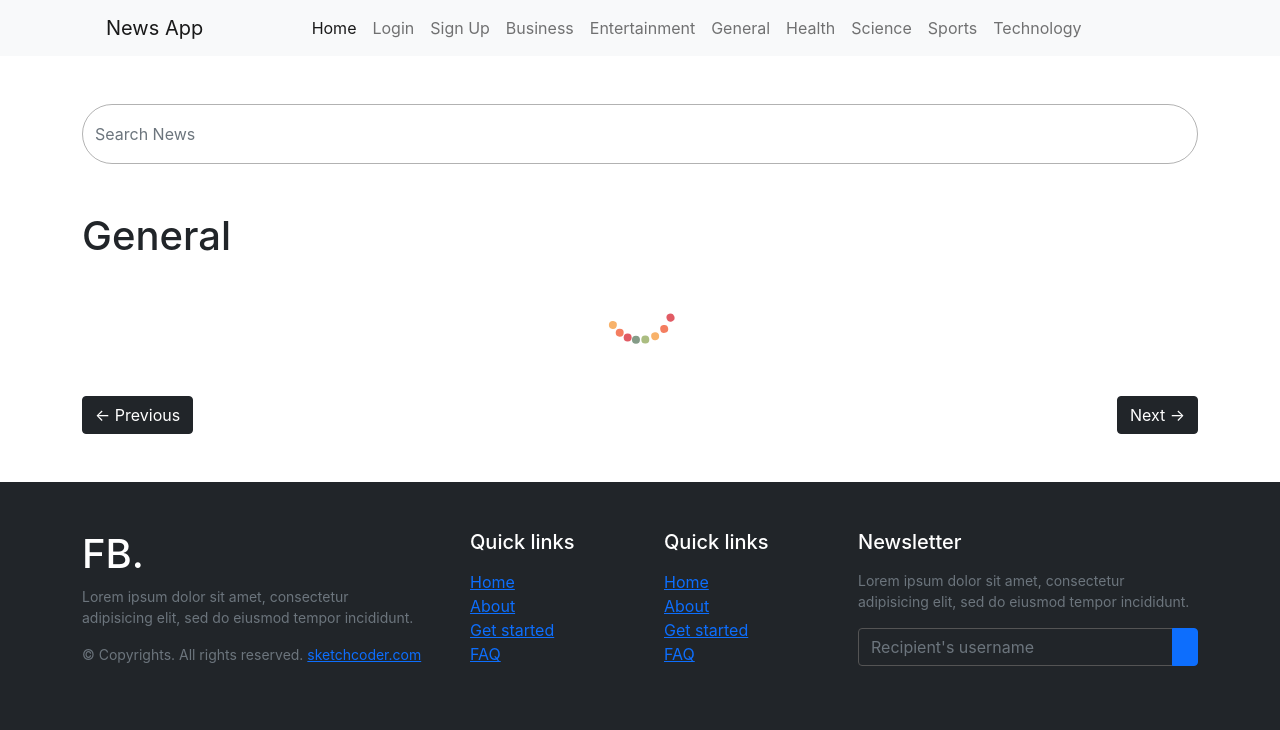
Repository: ZainAkbar51214/News-Site
Page: /
An editor plug-in stored every save of this project. The page is shown before and after the next save, followed by the edit.
The browser window is 1280 px wide. The pictures show the whole page.
The page's requests for data from a server got no answer. The project was rebuilt for these pictures with package versions that can differ from the ones it lists, and the page was loaded fresh each time. No one was signed in, and anything a server would have sent is missing. Also part of the build but not shown: src/Components/pages/Login.jsx, src/Components/pages/SignUp.jsx, src/Components/Layouts/NewsItem.js.

Above is the page before, as saved 2023-12-18 14:21:58.

### public/index.html
<!DOCTYPE html>
<html lang="en">
  <head>
    <meta charset="utf-8" />
    <link rel="icon" href="%PUBLIC_URL%/favicon.ico" />
    <meta name="viewport" content="width=device-width, initial-scale=1" />
    <meta name="theme-color" content="#000000" />
    <meta
      name="description"
      content="Web site created using create-react-app"
    />
    <link rel="apple-touch-icon" href="%PUBLIC_URL%/logo192.png" />

    <link rel="manifest" href="%PUBLIC_URL%/manifest.json" />

    <title>News App</title>
    <!-- Bootstrap cdn -->
    <link href="https://cdn.jsdelivr.net/npm/bootstrap@5.0.2/dist/css/bootstrap.min.css" rel="stylesheet" integrity="sha384-EVSTQN3/azprG1Anm3QDgpJLIm9Nao0Yz1ztcQTwFspd3yD65VohhpuuCOmLASjC" crossorigin="anonymous">
  </head>
  <body>
    <noscript>You need to enable JavaScript to run this app.</noscript>
    <div id="root"></div>


    <!-- Bootstrap Script -->
    <script src="https://cdn.jsdelivr.net/npm/@popperjs/core@2.9.2/dist/umd/popper.min.js" integrity="sha384-IQsoLXl5PILFhosVNubq5LC7Qb9DXgDA9i+tQ8Zj3iwWAwPtgFTxbJ8NT4GN1R8p" crossorigin="anonymous"></script>
<script src="https://cdn.jsdelivr.net/npm/bootstrap@5.0.2/dist/js/bootstrap.min.js" integrity="sha384-cVKIPhGWiC2Al4u+LWgxfKTRIcfu0JTxR+EQDz/bgldoEyl4H0zUF0QKbrJ0EcQF" crossorigin="anonymous"></script>
  </body>
</html>

### src/App.js
import React from "react";
import {
  BrowserRouter as Router,
  Switch,
  Route
} from "react-router-dom";
import Navbar from './Components/Header/Navbar';
import Footer from './Components/Footer/Footer';
import Login from "./Components/pages/Login";
import SignUp from "./Components/pages/SignUp";
import News from "./Components/Layouts/News";

function App() {
  return (
    <Router>
      <Navbar />
        <Switch>
          <Route path="/" exact><News key="general" pageSize={5} country="in" category="general" title="General" /></Route>
          <Route path="/business" exact><News key="business" pageSize={5} country="in" category="business" title="Business" /></Route>
          <Route path="/entertainment" exact><News key="entertainment" pageSize={5} country="in" category="entertainment" title="Entertainment" /></Route>
          <Route path="/health" exact><News key="health" pageSize={5} country="in" category="health" title="Healt" /></Route>
          <Route path="/science" exact><News key="science" pageSize={5} country="in" category="science" title="Science" /></Route>
          <Route path="/sports" exact><News key="sports" pageSize={5} country="in" category="sports" title="Sports" /></Route>
          <Route path="/technology" exact><News key="technology" pageSize={5} country="in" category="technology" title="Technology" /></Route>
          <Route path="/login">
            <Login />
          </Route>
          <Route path="/sign-up">
            <SignUp />
          </Route>
        </Switch>
      <Footer />
  </Router>
  );
}

export default App;

### src/Components/Header/Navbar.jsx
import React, { Component } from 'react';
import { Link } from 'react-router-dom';

class Navbar extends Component {
    render() {
        return (
            <div>
                <div className="container-fluid bg-light">
                <div className="container">
                    <div className="row">
                        <div className="col-md-12">
                            <nav className="navbar navbar-expand-lg navbar-light">
                                <div className="container-fluid">
                                    <Link className="navbar-brand" to="/">News App</Link>
                                    <button className="navbar-toggler" type="button" data-bs-toggle="collapse" data-bs-target="#navbarSupportedContent" aria-controls="navbarSupportedContent" aria-expanded="false" aria-label="Toggle navigation">
                                        <span className="navbar-toggler-icon"></span>
                                    </button>
                                    <div className="collapse navbar-collapse" id="navbarSupportedContent">
                                        <ul className="navbar-nav mx-auto mb-2 mb-lg-0">
                                            <li className="nav-item">
                                                <Link className="nav-link active" aria-current="page" to="/">Home</Link>
                                            </li>
                                            <li className="nav-item">
                                                <Link className="nav-link" to="/login">Login</Link>
                                            </li>
                                            <li className="nav-item">
                                                <Link className="nav-link" to="/sign-up">Sign Up</Link>
                                            </li>
                                            <li className="nav-item">
                                                <Link className="nav-link" to="/business">Business</Link>
                                            </li>
                                            <li className="nav-item">
                                                <Link className="nav-link" to="/entertainment">Entertainment</Link>
                                            </li>
                                            <li className="nav-item">
                                                <Link className="nav-link" to="/">General</Link>
                                            </li>
                                            <li className="nav-item">
                                                <Link className="nav-link" to="/health">Health</Link>
                                            </li>
                                            <li className="nav-item">
                                                <Link className="nav-link" to="/science">Science</Link>
                                            </li>
                                            <li className="nav-item">
                                                <Link className="nav-link" to="/sports">Sports</Link>
                                            </li>
                                            <li className="nav-item">
                                                <Link className="nav-link" to="/technology">Technology</Link>
                                            </li>
                                        </ul>
                                    </div>
                                </div>
                            </nav>
                        </div>
                    </div>
                </div>
            </div>
            </div>
        );
    }
}

export default Navbar;

### src/Components/Footer/Footer.jsx
import React from "react";
import { Link } from "react-router-dom";
import '../Footer/Footer.css';

const Navbar = () => {
    return (
        <>
            <div className="d-flex flex-column h-100" style={{overflow: 'hidden'}}>
                {/* <!-- FOOTER --> */}
                <footer className="w-100 py-4 flex-shrink-0">
                    <div className="container py-4">
                        <div className="row gy-4 gx-5">
                            <div className="col-lg-4 col-md-6">
                                <h5 className="h1 text-white">FB.</h5>
                                <p className="small text-muted">Lorem ipsum dolor sit amet, consectetur adipisicing elit, sed do eiusmod tempor incididunt.</p>
                                <p className="small text-muted mb-0">&copy; Copyrights. All rights reserved. <Link className="text-primary" to="https://sketchcoder.com" target="_blank">sketchcoder.com</Link></p>
                            </div>
                            <div className="col-lg-2 col-md-6">
                                <h5 className="text-white mb-3">Quick links</h5>
                                <ul className="list-unstyled text-muted">
                                    <li><Link to="#">Home</Link></li>
                                    <li><Link to="#">About</Link></li>
                                    <li><Link to="#">Get started</Link></li>
                                    <li><Link to="#">FAQ</Link></li>
                                </ul>
                            </div>
                            <div className="col-lg-2 col-md-6">
                                <h5 className="text-white mb-3">Quick links</h5>
                                <ul className="list-unstyled text-muted">
                                    <li><Link to="#">Home</Link></li>
                                    <li><Link to="#">About</Link></li>
                                    <li><Link to="#">Get started</Link></li>
                                    <li><Link to="#">FAQ</Link></li>
                                </ul>
                            </div>
                            <div className="col-lg-4 col-md-6">
                                <h5 className="text-white mb-3">Newsletter</h5>
                                <p className="small text-muted">Lorem ipsum dolor sit amet, consectetur adipisicing elit, sed do eiusmod tempor incididunt.</p>
                                <form action="#">
                                    <div className="input-group mb-3">
                                        <input className="form-control" type="text" placeholder="Recipient's username" aria-label="Recipient's username" aria-describedby="button-addon2" />
                                        <button className="btn btn-primary" id="button-addon2" type="button"><i className="fas fa-paper-plane"></i></button>
                                    </div>
                                </form>
                            </div>
                        </div>
                    </div>
                </footer>
            </div>
        </>
    )
}

export default Navbar;

### src/Components/Layouts/News.js
import React, { Component } from 'react';
import NewsItem from './NewsItem';
import Spinner from '../Spinner';
import PropTypes from 'prop-types';

class News extends Component {

    static defaultProps = {
        country: 'in',
        pageSize: 8,
        category: 'general'
      }
    static propTypes = {
        country: PropTypes.string,
        pageSize: PropTypes.number,
        category: PropTypes.string,

      }

    constructor(){
        super();
        this.state = {
            articles: [],
            loading: false,
            page: 1
        }
    }

    async componentDidMount(){
        let url =    `https://newsapi.org/v2/top-headlines?country=${this.props.country}&category=${this.props.category}&apiKey=e5869a5b7afe45f0975749f435cea4b5&page=${this.state.page - 1}&pageSize=${this.props.pageSize}`;
        this.setState({loading: true});
        let data = await fetch(url);
        let passData = await data.json();
        console.log(passData);
        this.setState({
            articles: passData.articles,
            totalResults: passData.totalResults,
            loading: false
        })

    }

    handPrevClick = async () => {
        console.log("prev");
        let url =    `https://newsapi.org/v2/top-headlines?country=${this.props.country}&category=${this.props.category}&apiKey=e5869a5b7afe45f0975749f435cea4b5&page=${this.state.page - 1}&pageSize=${this.props.pageSize}`;
        this.setState({loading: true});
        let data = await fetch(url);
        let passData = await data.json();
        console.log(passData);

        this.setState({
            page: this.state.page - 1,
            articles: passData.articles,
            loading: false
        })
    }
    handNextClick = async () => {
        console.log("Next");
        if(!(this.state.page + 1 > Math.ceil(this.state.totalResults/this.props.pageSize))){

        let url =  `https://newsapi.org/v2/top-headlines?country=${this.props.country}&category=${this.props.category}&apiKey=e5869a5b7afe45f0975749f435cea4b5&page=${this.state.page + 1}&pageSize=${this.props.pageSize}`;
        this.setState({loading: true});
        let data = await fetch(url);
        let passData = await data.json();
        console.log(passData);

        this.setState({
            page: this.state.page + 1,
            articles: passData.articles,
            loading: false
        })
        }
    }



    render() {
        return (
            <div className='container-fluid'>
                <div className='container'>
                    <div className='row'>
                        <div className='col-lg-12 mt-5'>
                            <input type='search' placeholder='Search News' className='form-control form-news' />
                        </div>
                        <div className='col-lg-12 mt-5'>
                            <h1>{this.props.title}</h1>
                        </div>
                    </div>
                    {
                        this.state.loading &&
                        <div className='row'>
                            <div className='col-lg-12 text-center'>
                                <Spinner />
                            </div>
                        </div>
                    }
                    <div className='row'>
                        {!this.state.loading && this.state.articles.map((element) => {
                           return element.urlToImage?<div className='col-lg-4 col-md-6 mt-5' key={element.url}>
                           <NewsItem title={element.title?element.title.slice(0, 45): ""} description={element.description?element.description.slice(0, 86): ""} imageUrl={element.urlToImage} newsUrl={element.url} />
                       </div>
                       :null
                        })}

                    </div>

                   <div className='row'>
                   <div className='col-lg-12 d-flex justify-content-between mt-5 mb-5'>
                        <button disabled={this.state.page<1} type='button' className='btn btn-dark' onClick={this.handPrevClick}>&larr; Previous</button>
                        <button disabled={this.state.page + 1 > Math.ceil(this.state.totalResults/this.props.pageSize)} type='button' className='btn btn-dark' onClick={this.handNextClick}>Next &rarr;</button>
                    </div>
                   </div>
                </div>
            </div>
        );
    }
}

export default News;

### src/Components/Footer/Footer.css
/* ==========================================
    FOR DEMO PURPOSE
  ========================================== */

  .text-small {
    font-size: 0.9rem;
  }

  .form-control {
    background: #212529;
    border-color: #545454;
  }

  .form-control:focus {
    background: #212529;
  }

  footer {
    background: #212529;
  }

### src/Components/Spinner.jsx
import React, { Component } from 'react';
import loading from '../img/index.svg';

class Spinner extends Component {
    render() {
        return (
            <div>
                <img src={loading} alt="loading" />
            </div>
        );
    }
}

export default Spinner;

### src/App.css
.App {
  text-align: center;
}

.App-logo {
  height: 40vmin;
  pointer-events: none;
}

@media (prefers-reduced-motion: no-preference) {
  .App-logo {
    animation: App-logo-spin infinite 20s linear;
  }
}

.App-header {
  background-color: #282c34;
  min-height: 100vh;
  display: flex;
  flex-direction: column;
  align-items: center;
  justify-content: center;
  font-size: calc(10px + 2vmin);
  color: white;
}

.App-link {
  color: #61dafb;
}

@keyframes App-logo-spin {
  from {
    transform: rotate(0deg);
  }
  to {
    transform: rotate(360deg);
  }
}

/* Login Css */
.bg-login{
  background: rgb(34,193,195);
  background: linear-gradient(135deg, rgba(34,193,195,1) 0%,     rgba(253,187,45,1) 100%);
  font-family: "work sans";
  padding: 100px 0;
  display: flex;
  justify-content: center;
}
#loginform{
  max-width: 500px;
  min-width: 300px;
  width: 30%;
  background-color: #FFFFFF;
  border-radius: 25px;
}

#headerTitle{
  text-align: center;
  font-family: 'open sans', sans-serif;
  padding: 2rem 0;
  margin: 0;
  font-size: 2rem;
}

.row-lab{
  display: flex;
  flex-direction: column;
  align-items: center;
  padding-top: 2rem;
  max-width: 100%;

}

.row-lab input{
  width: 80%;
  box-sizing: border-box;
	border: none;
  font-size: 1.3rem;
  padding-left: 1.5rem;
  padding-bottom: 1rem;
  box-shadow: inset 0px -3px 0px 0px rgba(187,187,187,0.2);
  transition: box-shadow 0.2s ease-in;
}

.row-lab input:focus{
   box-shadow: inset 0px -3px 0px 0px rgba(34,193,195,0.7);
   outline: none;
}

.row-lab input::-webkit-input-placeholder{
  opacity: 1;
  transition: opacity 0.25s ease-out;
}

.row-lab input:hover::-webkit-input-placeholder,
.row-lab input:focus::-webkit-input-placeholder{
  opacity: 0;
}

.row-lab label{
  align-self: start;
  padding-left: 4.5rem;
  padding-bottom: 0.5rem;
  color: rgba(187,187,187,0.9);
}

.row-lab button{
  border-radius: 25px;
  width: 80%;
  height: 40px;
  font-size: 1.3rem;
  color: white;
  font-weight: 700;
  background: rgb(34,193,195);
  background: linear-gradient(90deg, rgba(34,193,195,1) 0%,     rgba(253,187,45,1) 100%);
  border: 0px;
  cursor: pointer;
  transition: opacity 0.25s ease-out;
}

.row-lab button:hover{
  opacity: 0.8;
}

#button{
  padding-bottom: 1.5rem;
}

#facebookIcon{
  background-image:      url("https://image.flaticon.com/icons/svg/145/145802.svg");
  background-repeat: no-repeat;
  width: 3rem;
  height: 3rem;
}

#twitterIcon{
  background-image: url("https://image.flaticon.com/icons/svg/145/145812.svg");
  background-repeat: no-repeat;
  width: 3rem;
  height: 3rem;
}

#googleIcon{
  background-image: url("https://image.flaticon.com/icons/svg/145/145804.svg");
  background-repeat: no-repeat;
  width: 3rem;
  height: 3rem;
}

#iconGroup{
  display: flex;
  justify-content: center;
  padding: 2rem 0;
}

#iconGroup a{
  margin: 0 0.6rem;
}

#alternativeLogin {
   text-align: center;
   padding-top: 2rem;
   margin-top: 1.5rem;
}


/* News Css start */
.form-news{
  height: 60px;
  border-radius: 100px;
  background-color: transparent;
  border: 1px solid rgb(0, 0, 0, 0.3);
}
.form-news:focus{
  height: 60px;
  border-radius: 100px;
  background-color: transparent;
  border: 1px solid rgb(0, 0, 0, 0.3);
  box-shadow: none;
  background-color: rgb(128, 128, 128, 0.1);
}

Loaded but not shown: src/index.js (common file); src/index.css (common file); src/reportWebVitals.js (common file)

After the next save:
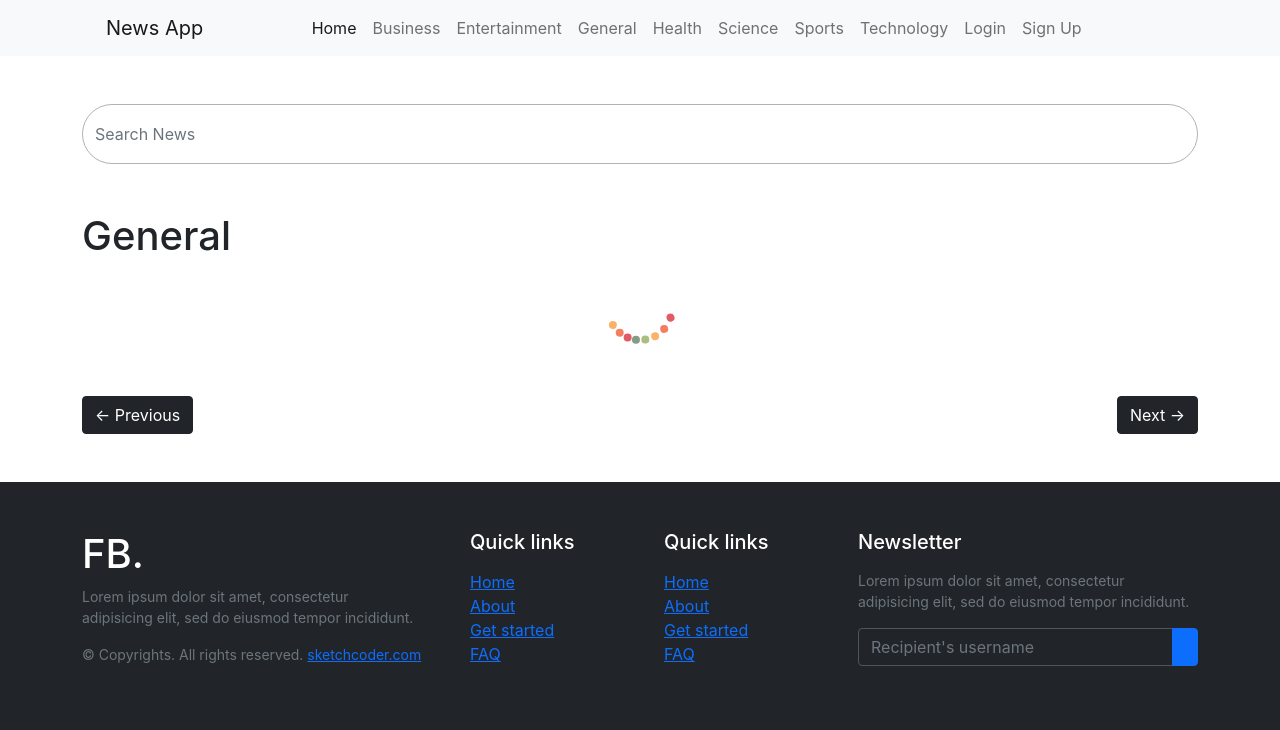
Saved 3 min 19 s later.
--- a/src/Components/Header/Navbar.jsx
+++ b/src/Components/Header/Navbar.jsx
@@ -21,12 +21,6 @@ class Navbar extends Component {
                                                 <Link className="nav-link active" aria-current="page" to="/">Home</Link>
                                             </li>
                                             <li className="nav-item">
-                                                <Link className="nav-link" to="/login">Login</Link>
-                                            </li>
-                                            <li className="nav-item">
-                                                <Link className="nav-link" to="/sign-up">Sign Up</Link>
-                                            </li>
-                                            <li className="nav-item">
                                                 <Link className="nav-link" to="/business">Business</Link>
                                             </li>
                                             <li className="nav-item">
@@ -47,6 +41,12 @@ class Navbar extends Component {
                                             <li className="nav-item">
                                                 <Link className="nav-link" to="/technology">Technology</Link>
                                             </li>
+                                            <li className="nav-item">
+                                                <Link className="nav-link" to="/login">Login</Link>
+                                            </li>
+                                            <li className="nav-item">
+                                                <Link className="nav-link" to="/sign-up">Sign Up</Link>
+                                            </li>
                                         </ul>
                                     </div>
                                 </div>
